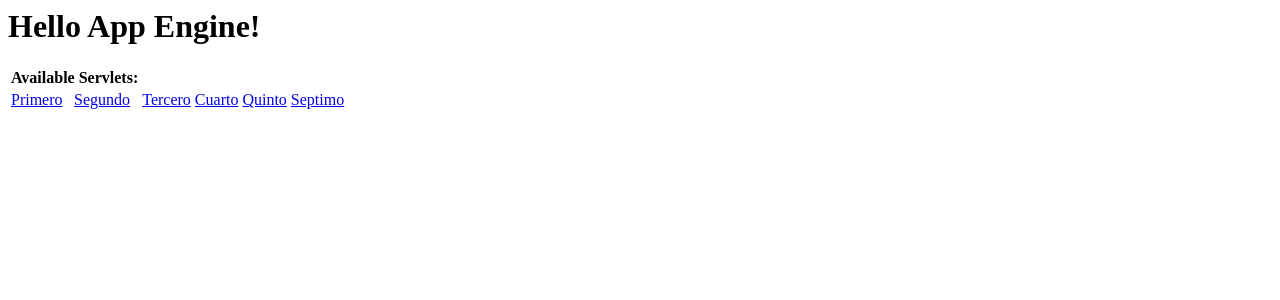
Repository: quino22/ulasalle
Page: lab02-70391273/war/index.html
These files come from the project's save history. The page is drawn as it stood at one moment and after the next save; the edit follows.
The browser window is 1280 px wide. The pictures show the whole page.

Above is the page before, as saved 2016-11-01 18:26:47.

### lab02-70391273/war/index.html
<!DOCTYPE HTML PUBLIC "-//W3C//DTD HTML 4.01 Transitional//EN">
<!-- The HTML 4.01 Transitional DOCTYPE declaration-->
<!-- above set at the top of the file will set     -->
<!-- the browser's rendering engine into           -->
<!-- "Quirks Mode". Replacing this declaration     -->
<!-- with a "Standards Mode" doctype is supported, -->
<!-- but may lead to some differences in layout.   -->

<html>
  <head>
    <meta http-equiv="content-type" content="text/html; charset=UTF-8">
    <title>LAB 02</title>
  </head>

  <body>
    <h1>Hello App Engine!</h1>

    <table>
      <tr>
        <td colspan="2" style="font-weight:bold;">Available Servlets:</td>
      </tr>
      <tr>
        <td><a href="primero.html">Primero</a></td>
        <td><a href="segundo.html">Segundo</a></td>
        <td><a href="tercero.html">Tercero</a></td>
        <td><a href="cuarto.html">Cuarto</a></td>
        <td><a href="/quinto">Quinto</a></td>
        <td><a href="septimo.html">Septimo</a></td>
      </tr>
    </table>
  </body>
</html>

After the next save:
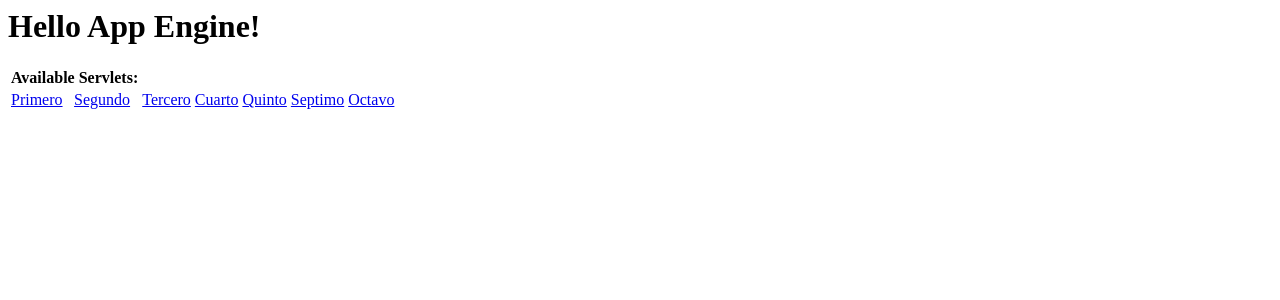
Saved 53 s later.
--- a/lab02-70391273/war/index.html
+++ b/lab02-70391273/war/index.html
@@ -26,6 +26,7 @@
         <td><a href="cuarto.html">Cuarto</a></td>
         <td><a href="/quinto">Quinto</a></td>
         <td><a href="septimo.html">Septimo</a></td>
+        <td><a href="/octavo">Octavo</a></td>
       </tr>
     </table>
   </body>
